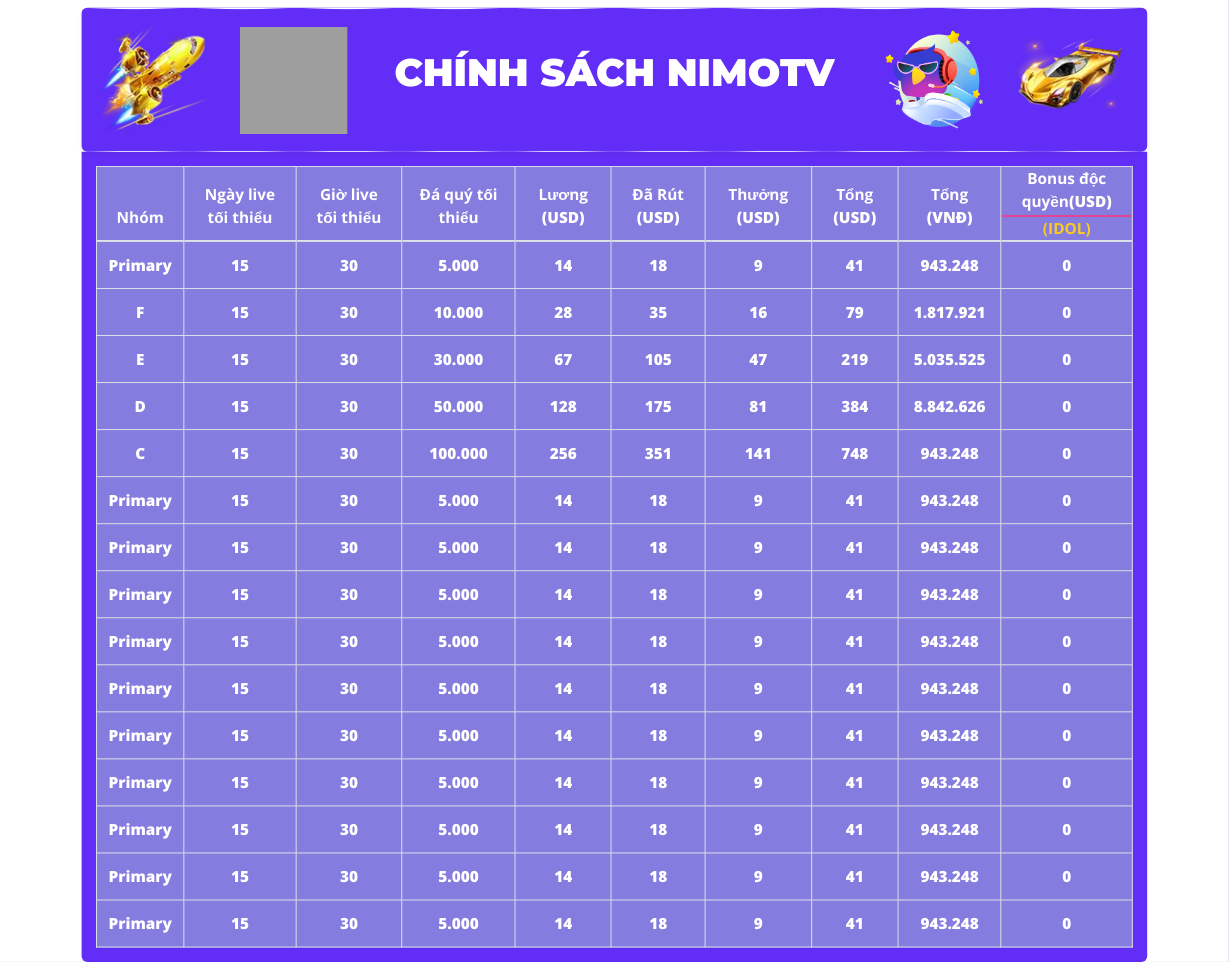
Repository: dav1601/nimo-work
Page: index.html
The author's editor kept a copy of each file at every save. The page is drawn from the files as they stood at one save, then again after the next save.
The browser window is 1280 px wide. The pictures show the whole page, at 96% of full size.
Pictures or frames that could not be fetched are drawn as grey boxes.

Above is the page before, as saved 2022-04-14 22:52:13.

After the next save:
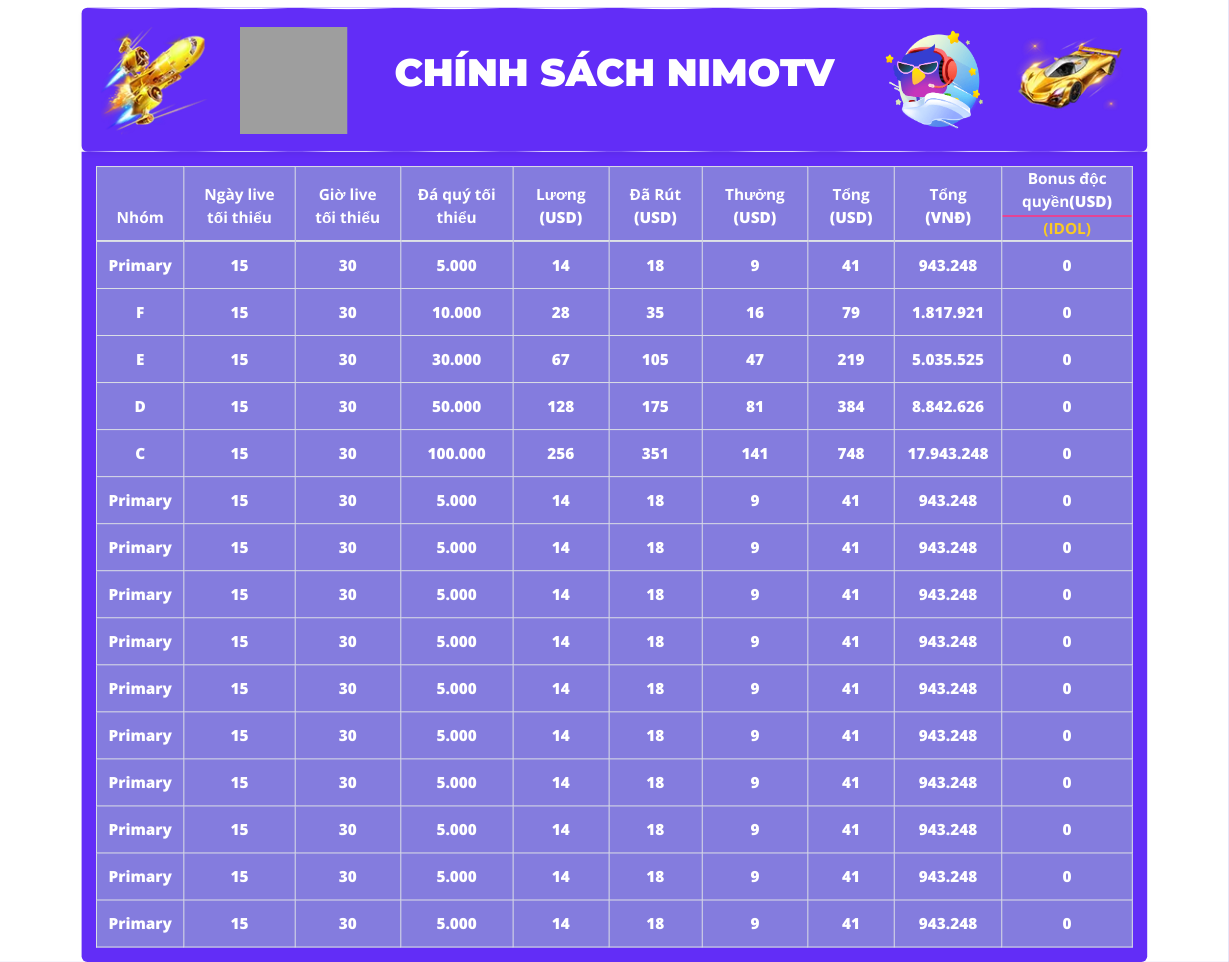
Saved 52 s later.
--- a/index.html
+++ b/index.html
@@ -189,7 +189,7 @@
                         <td>351</td>
                         <td>141</td>
                         <td>748</td>
-                        <td>943.248</td>
+                        <td>17.943.248</td>
                         <td>0</td>
                     </tr>
                     <tr>
